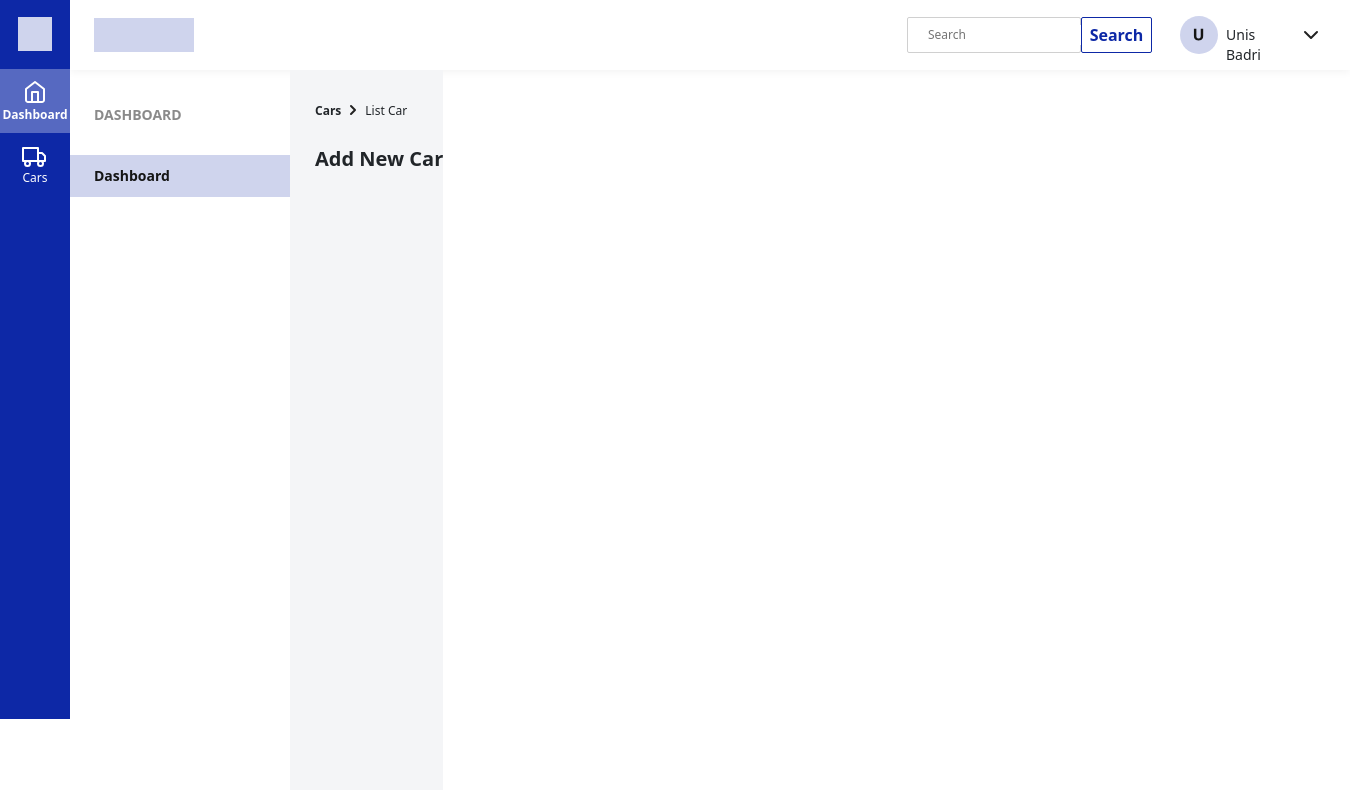
Repository: farrelmuhammad/challenge-7-binar
Page: /carlist/add
The author's editor kept a copy of each file at every save. The page is drawn from the files as they stood at one save, then again after the next save.
The browser window is 1280 px wide. The page is 1350 px wide, so the pictures cover 1350 px, including what lies to the right of the window. The pictures show the whole page.
The project was rebuilt for these pictures with package versions that can differ from the ones it lists, and the page was loaded fresh each time. Also part of the build but not shown: src/component/navbar.js, src/component/header.js, src/component/footer.js, src/App.js, src/component/admin/Dashboard/index.jsx, src/pages/admin/Dashboard.js, src/component/admin/Cars/index.jsx, src/pages/admin/CarsList.js and 2 more.

Above is the page before, as saved 2022-05-27 20:57:44.

### src/index.js
import React from 'react';
import { BrowserRouter } from 'react-router-dom';
import { createRoot } from 'react-dom/client';
import { Provider } from 'react-redux';
import { store } from './app/store';
import reportWebVitals from './reportWebVitals';
import './index.css';
import RouteApp from './Routes'

const container = document.getElementById('root');
const root = createRoot(container);

root.render(
  <React.StrictMode>
    <Provider store={store}>
      <BrowserRouter>
        <RouteApp />
      </BrowserRouter>
    </Provider>
  </React.StrictMode>
);

// If you want to start measuring performance in your app, pass a function
// to log results (for example: reportWebVitals(console.log))
// or send to an analytics endpoint. Learn more: https://bit.ly/CRA-vitals
reportWebVitals();

### src/index.css
body {
  font-family: Helvetica Neue, Helvetica, Arial, sans-serif;
  font-style: normal;
  font-weight: normal;
  font-size: 14px;
  line-height: 20px;
  margin: 0;
  padding: 0;
}

h1,
h2,
h3,
h4,
h5 {
  line-height: 150%;
}

.header{
  background-color: #F1F3FF;
}

.footer i {
  color: #0D28A6;
  font-size: x-large;
}

.bg-darkblue{
  background-color: #0D28A6;
}

.logo {
  background-color: #0D28A6;
  width: 100px;
  height: 34px;
}

code {
  font-family: source-code-pro, Menlo, Monaco, Consolas, 'Courier New',
    monospace;
}

.card-cari {
  width: 1047px;
  /* height: 106px; */
  margin-top: -50px;
  z-index: 2;
}
.button-cari {
  width: 92px !important;
  margin-top: 30px;
  height: 36px;
}
.activeCari {
  height: 100%;
  width: 0;
  position: fixed;
  z-index: 2;
  top: 0;
  left: 0;
  background-color: rgba(0, 0, 0, 0.5);
  overflow-x: hidden;
  transition: 0.5s;
  padding-top: 34px;
}

### src/Routes.js
import App from './App';
import React from 'react';
import Dashboard from '../src/pages/admin/Dashboard'
import CarList from '../src/pages/admin/CarsList'
import Cars from './pages/cars'
import { Routes, Route } from 'react-router-dom';
import AddNewCars from './pages/admin/AddCar';

const RouteApp = () => {

    return (
        <>
            <Routes>
                <Route path="/" element={<App />} />
                <Route path="/dashboard" element={<Dashboard />} />
                <Route path="*" element={<h1 style={{ fontSize: "48px", textAlign: "center", paddingTop: "250px" }}>Error 404</h1>} />
                <Route path='/cars' element={<Cars />} />
                <Route path='/carlist' element={<CarList />} />
                <Route path='/carlist/add' element={<AddNewCars />} />
            </Routes>
        </>
    )
}

export default RouteApp;

### src/features/counter/counterSlice.js
import { createAsyncThunk, createSlice } from '@reduxjs/toolkit';
import { fetchCount } from './counterAPI';

const initialState = {
  value: 0,
  status: 'idle',
};

// The function below is called a thunk and allows us to perform async logic. It
// can be dispatched like a regular action: `dispatch(incrementAsync(10))`. This
// will call the thunk with the `dispatch` function as the first argument. Async
// code can then be executed and other actions can be dispatched. Thunks are
// typically used to make async requests.
export const incrementAsync = createAsyncThunk(
  'counter/fetchCount',
  async (amount) => {
    const response = await fetchCount(amount);
    // The value we return becomes the `fulfilled` action payload
    return response.data;
  }
);

export const counterSlice = createSlice({
  name: 'counter',
  initialState,
  // The `reducers` field lets us define reducers and generate associated actions
  reducers: {
    increment: (state) => {
      // Redux Toolkit allows us to write "mutating" logic in reducers. It
      // doesn't actually mutate the state because it uses the Immer library,
      // which detects changes to a "draft state" and produces a brand new
      // immutable state based off those changes
      state.value += 1;
    },
    decrement: (state) => {
      state.value -= 1;
    },
    // Use the PayloadAction type to declare the contents of `action.payload`
    incrementByAmount: (state, action) => {
      state.value += action.payload;
    },
  },
  // The `extraReducers` field lets the slice handle actions defined elsewhere,
  // including actions generated by createAsyncThunk or in other slices.
  extraReducers: (builder) => {
    builder
      .addCase(incrementAsync.pending, (state) => {
        state.status = 'loading';
      })
      .addCase(incrementAsync.fulfilled, (state, action) => {
        state.status = 'idle';
        state.value += action.payload;
      });
  },
});

export const { increment, decrement, incrementByAmount } = counterSlice.actions;

// The function below is called a selector and allows us to select a value from
// the state. Selectors can also be defined inline where they're used instead of
// in the slice file. For example: `useSelector((state: RootState) => state.counter.value)`
export const selectCount = (state) => state.counter.value;

// We can also write thunks by hand, which may contain both sync and async logic.
// Here's an example of conditionally dispatching actions based on current state.
export const incrementIfOdd = (amount) => (dispatch, getState) => {
  const currentValue = selectCount(getState());
  if (currentValue % 2 === 1) {
    dispatch(incrementByAmount(amount));
  }
};

export default counterSlice.reducer;

### src/pages/admin/AddCar.js
import React from 'react'
import Navbar from '../../component/admin/Navbar'
import AddNewCar from '../../component/admin/Cars/add'

function AddCar() {
  return (
    <>
        <Navbar />
        <AddNewCar />
    </>
  )
}

export default AddCar

### src/component/admin/Navbar.jsx
import { Link } from 'react-router-dom';
import './Navbar.css';

const Navbar = () => {
  return (
    <header>
      {/* navbar top */}
      <div className="nav-top navbar">
        <div className="logo"></div>
        <span
          className="icon-menu iconify"
          data-icon="charm:menu-hamburger"
          data-width="24"
        ></span>
        <form className="nav-search d-flex">
          <div className="box-search">
            <span
              className="iconify"
              data-icon="akar-icons:search"
              data-width="18"
            ></span>
            <input type="search" placeholder="Search" />
          </div>
          <button className="button-search" type="submit">
            Search
          </button>
        </form>
        <div className="profile">
          <img src="img/profile.svg" alt="profile" />
          <p>Unis Badri</p>
          <img className="dropdown" src="img/dropdown.svg" alt="dropdown" />
        </div>
      </div>

      {/* navbar side */}
      <div className="nav-side">
        <div className="nav-blue">
          <div className="square"></div>
          <div className="frame-menu">
            <div className="dash-img" id="active">
              <a href="/dashboard">
                <img src="/img/dashboard.svg" alt="dashboard" />
              </a>
              <a href="/dashboard">Dashboard</a>
            </div>
            <div className="dash-img">
              <Link to="/carlist">
              <a>
                <img src="/img/cars.svg" alt="cars" />
                Cars
              </a>
              </Link>
            </div>
          </div>
        </div>
        <div className="nav-white">
          <div className="title-menu">
            <h1>DASHBOARD</h1>
          </div>
          <div className="list-menu">
            <h1>Dashboard</h1>
          </div>
        </div>
      </div>
    </header>
  );
};

export default Navbar;

### src/component/admin/Cars/add/index.jsx
import React from 'react'
import { Link } from 'react-router-dom'

export const AddCar = () => {
  return (
    <>
            <div className="content">
                <div className="breadcrumb">
                <h1>Cars</h1>
                <img src="../img/arrow-right.svg" alt="arrow-right" />
                <p>List Car</p>
                </div>
                <div className="col">
                    <h1 className="title-h1">Add New Car</h1>
                </div>



                {/* order table */}
                <div className="container-input">

                </div>


            </div>
            </>
  )
}

export default AddCar

### src/component/admin/Navbar.css
h1 {
    font-size: 14px;
    line-height: 20px;
}

header .nav-top {
    position: absolute;
    width: 1280px;
    height: 70px;
    left: 70px;
    right: 0;
    top: 0px;
    box-shadow: 0px 2px 8px rgba(0, 0, 0, 0.05);
}

header .nav-top .logo {
    position: absolute;
    width: 100px;
    height: 34px;
    left: 24px;
    top: 18px;
    background: #CFD4ED;
}

header .nav-top .icon-menu {
    position: absolute;
    width: 24px;
    height: 24px;
    left: 244px;
    top: 23px;
}

header .nav-top .nav-search {
    display: flex;
    flex-direction: row;
    align-items: flex-start;
    padding: 0px;
    position: absolute;
    width: 245px;
    height: 36px;
    left: 837px;
    top: 17px;
}

header .nav-top .nav-search .box-search {
    display: flex;
    flex-direction: row;
    align-items: center;
    padding-left: 12px;
    width: 174px;
    height: 36px;
    border: 1px solid #D0D0D0;
    border-radius: 2px;
    font-size: 12px;
    line-height: 18px;
    color: #8A8A8A;
}

header .nav-top .nav-search .box-search > input {
    border: none;
    outline: none;
    padding-left: 8px;
}

header .nav-top .nav-search .button-search {
    display: flex;
    flex-direction: row;
    justify-content: center;
    align-items: center;
    padding: 8px 12px;
    width: 71px;
    height: 36px;
    background-color: white;
    border: 1px solid #0D28A6;
    border-radius: 2px;
    font-weight: 700;
    color:#0D28A6;
}

header .nav-top .profile {
    display: flex;
    flex-direction: row;
    align-items: center;
    position: absolute;
    width: 143px;
    height: 38px;
    left: 1110px;
    right: 24px;
    top: 16px;
}

header .nav-top .profile > p {
    position: absolute;
    width: 65px;
    height: 20px;
    left: 46px;
    top: 9px;
    font-weight: 400;
    font-size: 14px;
    line-height: 20px;
}

header .nav-top .profile .dropdown {
    position: absolute;
    width: 24px;
    height: 24px;
    left: 119px;
    top: 7px;
}

header .nav-side {
    position: absolute;
    width: 290px;
    height: 100%;
    left: 0px;
    top: -1px;
}

header .nav-side .nav-blue {
    position: absolute;
    left: 0%;
    right: 75.86%;
    top: 0%;
    bottom: 0%;
    background: #0D28A6;
}

header .nav-side .nav-blue .square {
    position: absolute;
    width: 34px;
    height: 34px;
    left: 18px;
    top: 18px;
    background: #CFD4ED;
}

header .nav-side .nav-blue .frame-menu {
    display: flex;
    flex-direction: column;
    align-items: flex-start;
    padding: 0px;
    position: absolute;
    width: 70px;
    height: 128px;
    left: 0px;
    top: 70px;
}

header .nav-side .nav-blue .frame-menu .dash-img {
    display: flex;
    flex-direction: column;
    justify-content: center;
    align-items: center;
    padding: 20px 23px;
    position: static;
    width: 70px;
    height: 64px;
    left: 0px;
    top: 0px;
}

#active {
    font-weight: 700;
    background: rgba(255, 255, 255, 0.3);
}

header .nav-side .nav-blue .frame-menu .dash-img a {
    font-size: 12px;
    line-height: 18px;
    margin-top: 2px;
    text-decoration: none;
    color: white;
}

header .nav-side .nav-blue img:last-child {
    margin-top: 0;
}

header .nav-side .nav-white {
    position: absolute;
    left: 24.14%;
    right: 0%;
    top: 7.76%;
    bottom: 0.22%;
}

header .nav-side .nav-white .title-menu {
    position: absolute;
    width: 220px;
    height: 42px;
    left: 24px;
    top: 50px;
}

header .title-menu h1 {
    font-weight: 700;
    color: #8A8A8A;
    left: 24px;
}

header .nav-side .nav-white .list-menu {
    position: static;
    margin-top: 100px;
    width: 220px;
    height: 42px;
    padding: 11px 24px;
    background: #CFD4ED;
}

header .list-menu h1 {
    font-weight: 700;
    color: #151515;
    left: 24px;
}

### src/component/admin/Dashboard/Content.css
.content {
    position: absolute;
    overflow: auto;
    left: 290px;
    top: 70px;
    /* width: 1280px; */
    height: 100%;
    background: #F4F5F7;
    font-size: 14px;
    line-height: 20px;
}

.content .breadcrumb {
    position: absolute;
    width: 300px;
    height: 18px;
    left: 25px;
    top: 32px;
}

.content .breadcrumb > h1 {
    font-size: 12px;
    line-height: 18px;
    font-weight: 700;
}

.content .breadcrumb > p {
    font-size: 12px;
    line-height: 18px;
    font-weight: 300;
}

.content .breadcrumb > img {
    width: 16px;
    height: 16px;
    margin-left: 4px;
    margin-right: 4px;
}

.content .title-h1 {
    font-size: 20px;
    line-height: 30px;
    font-weight: 700;
    margin-left: 25px;
    margin-top:74px;
}

.content .list-order {
    margin-top: 24px;
    position: absolute;
    width: 79px;
    height: 24px;
    margin-left: 25px;
}

.content .list-order > img {
    width: 4px;
    height: 24px;
}

.content .list-order > h1 {
    float: right;
    font-weight: 700;
    margin-left: 8px;
}

.content .list-table table {
    margin-left: 25px;
    margin-top: 72px;
    width: 100%;
    table-layout: fixed;
    background-color: white;
    border: 1px solid none;
    border-radius: 2px;
}

.content .list-table table thead {
    background-color: rgba(207, 212, 237, 1);
    font-weight: 700;
}

.content .list-table table thead th:first-child {
    width: 40px;
}

.content .list-table table thead th > img {
    float: right;
}

.content .table-nav {
    display: flex;
    flex-direction: row;
    width: 1010px;
    font-size: 12px;
    line-height: 18px;
    font-weight: 300;
}

.content .table-nav .limit-nav{
    margin-left: 25px;
}

.content .table-nav .limit-nav p {
    font-size: 12px;
    line-height: 18px;
}

.content .table-nav .jump-nav {
    margin-left: 24px;
}

.content .table-nav .jump-nav p {
    font-size: 12px;
    line-height: 18px;
}

.content .table-nav .go-nav {
    width: 43px;
    height: 36px;
    margin-top: 34px;
    background: #0D28A6;
    border-radius: 0px 2px 2px 0px;
}

.content .table-nav .go-nav > h1 {
    text-align: center;
    font-weight: bold;
    color: white;
    padding: 8px 8px;
}

.content .table-nav .page-number {
    margin-top: 33px;
    margin-left: 550px;
}

.content .list-car {
    margin-top: 24px;
    position: absolute;
    width: 65px;
    height: 24px;
    margin-left: 25px;
}

.content .list-car > img {
    width: 4px;
    height: 24px;
}

.content .list-car > h1 {
    float: right;
    font-weight: 700;
    margin-left: 8px;
}

.content .title-button-car {
    display: inline-flex;
}

.content .title-button-car > h1 {
    margin-right: 800px;
}

.content .title-button-car > a img {
    margin-top: 74px;
}

.content .button-category {
    margin-top: 24px;
    margin-left: 8px;
    display: inline-flex;
}

.content .button-category img {
    margin-left: 16px;
}

.content .cars-card {
    width: 320px;
    height: 482px;
    margin-left: 25px;
    margin-top: 24px;
    box-shadow: 0px 0px 4px rgba(0, 0, 0, 0.15);
    border-radius: 8px;
}

.content .cars-card .card-img-top {
    width: 270px;
    height: 160px;
    margin: auto;
    margin-top: 55px;
}

.content .cars-card .card-body {
    padding: 24px;
}

.content .cars-card .card-body .bold-h1 {
    font-weight: 700;
    font-size: 16px;
    line-height: 24px;
    margin-bottom: 0;
}

.content .cars-card .card-body-text {
    display: inline-flex;
    width: 303px;
    height: 20px;
    margin-top: 16px;
}

.content .cars-card .card-body-text img {
    margin-right: 8px;
    width: 20px;
    height: 20px;
}

.content .cars-card .button-card {
    display: inline-flex;
    margin-left: 8px;
    margin-top: 24px;
}

.content .cars-card .button-card img {
    width: 120px;
}

.content .cars-card .button-card img:last-child {
    margin-left: 16px;
}

.content .form-add-new-car {
    width: 1010px;
    height: 350px;
    background: white;
    margin-top: 32px;
    margin-left: 25px;
}

.content .form-add-new-car .content-form {
    padding-top: 16px;
    padding-left: 25px;
    font-weight: 300;
    font-size: 12px;
    line-height: 18px;
}

.content .form-add-new-car .content-form label {
    width: 147px;
}

.content .form-add-new-car .content-form input {
    width: 339px;
    height:auto;
    border: 1px solid #D0D0D0;
    border-radius: 2px;
    color: #8A8A8A;
    font-weight: 300;
    font-size: 12px;
    line-height: 18px;
}

.content .form-add-new-car .content-form .content-box {
    margin-left: 4px;
}

.content .form-add-new-car .content-h1 h1 {
    display: inline-flex;
    margin-left: 25px;
    margin-top: 16px;
    font-weight: 300;
    font-size: 12px;
    line-height: 18px;
}

.content .form-add-new-car .content-h1 h1:first-child {
    width: 147px;
}

.content .form-add-new-car .content-h1 h1:last-child {
    margin-left: 8px;
}

.content .button-form {
    display: inline-flex;
    margin-left: 9px;
}

.content .button-form img {
    margin-left: 16px;
    margin-top: 282px;
    margin-bottom: 40px;
}

### src/component/admin/Cars/Content.css
.content {
    position: absolute;
    overflow: auto;
    left: 290px;
    top: 70px;
    /* width: 1280px; */
    height: 100%;
    background: #F4F5F7;
    font-size: 14px;
    line-height: 20px;
}

.content .breadcrumb {
    position: absolute;
    width: 300px;
    height: 18px;
    left: 25px;
    top: 32px;
}

.content .breadcrumb > h1 {
    font-size: 12px;
    line-height: 18px;
    font-weight: 700;
}

.content .breadcrumb > p {
    font-size: 12px;
    line-height: 18px;
    font-weight: 300;
}

.content .breadcrumb > img {
    width: 16px;
    height: 16px;
    margin-left: 4px;
    margin-right: 4px;
}

.content .title-h1 {
    font-size: 20px;
    line-height: 30px;
    font-weight: 700;
    margin-left: 25px;
    margin-top:74px;
}

.content .list-order {
    margin-top: 24px;
    position: absolute;
    width: 79px;
    height: 24px;
    margin-left: 25px;
}

.content .list-order > img {
    width: 4px;
    height: 24px;
}

.content .list-order > h1 {
    float: right;
    font-weight: 700;
    margin-left: 8px;
}

.content .list-table table {
    margin-left: 25px;
    margin-top: 72px;
    width: 100%;
    table-layout: fixed;
    background-color: white;
    border: 1px solid none;
    border-radius: 2px;
}

.content .list-table table thead {
    background-color: rgba(207, 212, 237, 1);
    font-weight: 700;
}

.content .list-table table thead th:first-child {
    width: 40px;
}

.content .list-table table thead th > img {
    float: right;
}

.content .table-nav {
    display: flex;
    flex-direction: row;
    width: 1010px;
    font-size: 12px;
    line-height: 18px;
    font-weight: 300;
}

.content .table-nav .limit-nav{
    margin-left: 25px;
}

.content .table-nav .limit-nav p {
    font-size: 12px;
    line-height: 18px;
}

.content .table-nav .jump-nav {
    margin-left: 24px;
}

.content .table-nav .jump-nav p {
    font-size: 12px;
    line-height: 18px;
}

.content .table-nav .go-nav {
    width: 43px;
    height: 36px;
    margin-top: 34px;
    background: #0D28A6;
    border-radius: 0px 2px 2px 0px;
}

.content .table-nav .go-nav > h1 {
    text-align: center;
    font-weight: bold;
    color: white;
    padding: 8px 8px;
}

.content .table-nav .page-number {
    margin-top: 33px;
    margin-left: 550px;
}

.content .list-car {
    margin-top: 24px;
    position: absolute;
    width: 65px;
    height: 24px;
    margin-left: 25px;
}

.content .list-car > img {
    width: 4px;
    height: 24px;
}

.content .list-car > h1 {
    float: right;
    font-weight: 700;
    margin-left: 8px;
}

.content .title-button-car {
    display: inline-flex;
}

.content .title-button-car > h1 {
    margin-right: 800px;
}

.content .title-button-car > a img {
    margin-top: 74px;
}

.content .button-category {
    margin-top: 24px;
    margin-left: 8px;
    display: inline-flex;
}

.content .button-category img {
    margin-left: 16px;
}

.content .cars-card {
    width: 320px;
    height: 482px;
    margin-left: 25px;
    margin-top: 24px;
    box-shadow: 0px 0px 4px rgba(0, 0, 0, 0.15);
    border-radius: 8px;
}

.content .cars-card .card-img-top {
    width: 270px;
    height: 160px;
    margin: auto;
    margin-top: 55px;
}

.content .cars-card .card-body {
    padding: 24px;
}

.content .cars-card .card-body .bold-h1 {
    font-weight: 700;
    font-size: 16px;
    line-height: 24px;
    margin-bottom: 0;
}

.content .cars-card .card-body-text {
    display: inline-flex;
    width: 303px;
    height: 20px;
    margin-top: 16px;
}

.content .cars-card .card-body-text img {
    margin-right: 8px;
    width: 20px;
    height: 20px;
}

.content .cars-card .button-card {
    display: inline-flex;
    margin-left: 8px;
    margin-top: 24px;
}

.content .cars-card .button-card img {
    width: 120px;
}

.content .cars-card .button-card img:last-child {
    margin-left: 16px;
}

.content .form-add-new-car {
    width: 1010px;
    height: 350px;
    background: white;
    margin-top: 32px;
    margin-left: 25px;
}

.content .form-add-new-car .content-form {
    padding-top: 16px;
    padding-left: 25px;
    font-weight: 300;
    font-size: 12px;
    line-height: 18px;
}

.content .form-add-new-car .content-form label {
    width: 147px;
}

.content .form-add-new-car .content-form input {
    width: 339px;
    height:auto;
    border: 1px solid #D0D0D0;
    border-radius: 2px;
    color: #8A8A8A;
    font-weight: 300;
    font-size: 12px;
    line-height: 18px;
}

.content .form-add-new-car .content-form .content-box {
    margin-left: 4px;
}

.content .form-add-new-car .content-h1 h1 {
    display: inline-flex;
    margin-left: 25px;
    margin-top: 16px;
    font-weight: 300;
    font-size: 12px;
    line-height: 18px;
}

.content .form-add-new-car .content-h1 h1:first-child {
    width: 147px;
}

.content .form-add-new-car .content-h1 h1:last-child {
    margin-left: 8px;
}

.content .button-form {
    display: inline-flex;
    margin-left: 9px;
}

.content .button-form img {
    margin-left: 16px;
    margin-top: 282px;
    margin-bottom: 40px;
}

.container-car {
    display: grid;
    grid-template-columns: repeat(3, 1fr);
}

.card {
    display: flex;
    flex-direction: column;
    align-items: flex-start;
    padding: 24px;
    gap: 24px;

    background: #FFFFFF;
    /* Shadow/Low */

    box-shadow: 0px 0px 4px rgba(0, 0, 0, 0.15);
    border-radius: 8px;
    margin: 20px;
    padding: 1em;
}

.image img{
    width: 100%;
    height: 200px;
    object-fit: cover;
}

.img-placeholder {
    width: 100%;
    height: 200px;
    background-color: #ebebeb;
}

.info {
    padding: 1em 0;
}

.price {
    font-weight: bold;
}

.info ul li {
    list-style-type: none;
}

Loaded but not shown: public/index.html (common file); src/app/store.js (common file); src/reportWebVitals.js (common file); src/features/counter/counterAPI.js (common file)

After the next save:
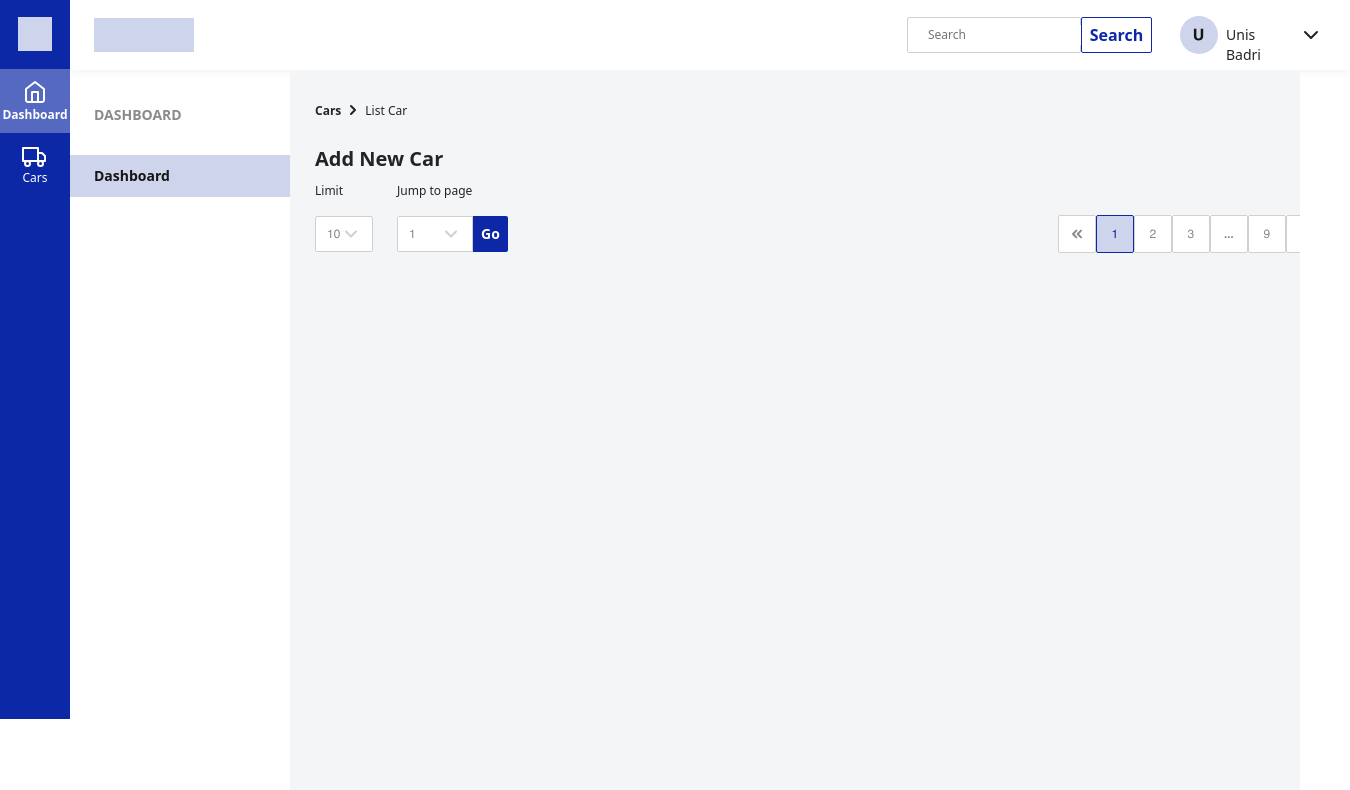
Saved 12 s later.
--- a/src/component/admin/Cars/add/index.jsx
+++ b/src/component/admin/Cars/add/index.jsx
@@ -22,6 +22,24 @@ export const AddCar = () => {
                 </div>
 
 
+
+                {/* table navigation */}
+                <div className="table-nav">
+                <div className="limit-nav">
+                    <p>Limit</p>
+                    <img src="img/form-drop.svg" alt="form-drop" />
+                </div>
+                <div className="jump-nav">
+                    <p>Jump to page</p>
+                    <img src="img/form-drop-2.svg" alt="form-drop-2" />
+                </div>
+                <div className="go-nav">
+                    <h1>Go</h1>
+                </div>
+                <div className="page-number">
+                    <img src="img/page-number.svg" alt="page-number" />
+                </div>
+                </div>
             </div>
             </>
   )
